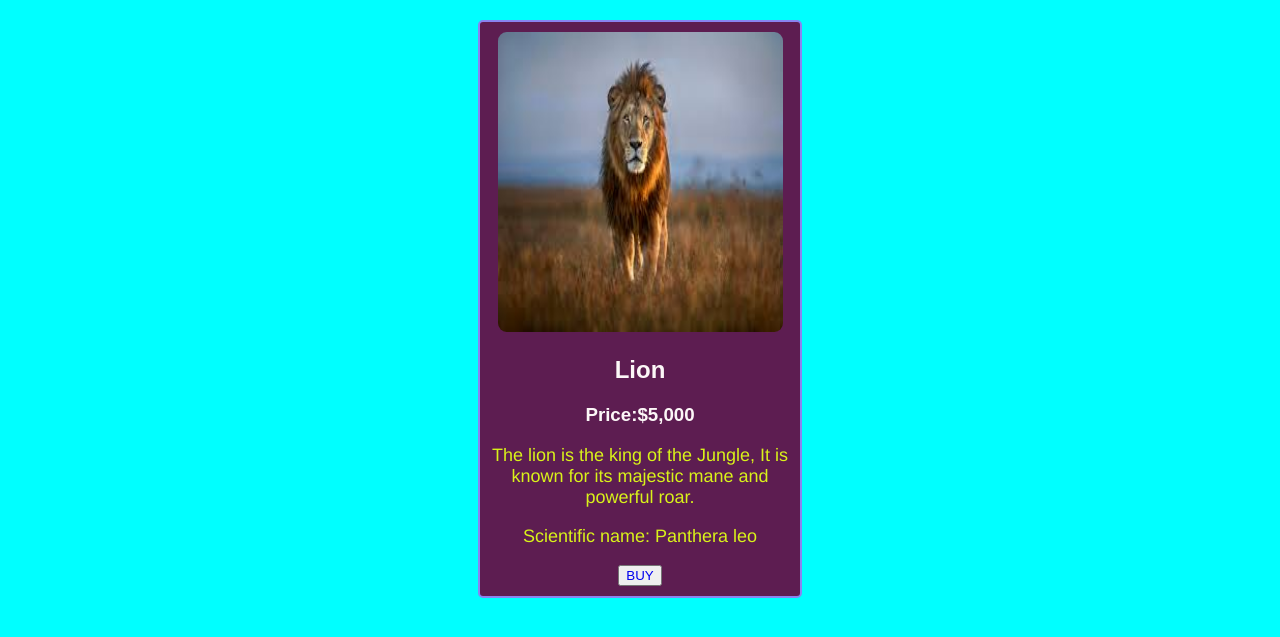
Repository: KingBoyMaylow/Animal-trading-card
Page: index.html
An editor plug-in stored every save of this project. The page is shown before and after a run of saves, followed by the edit.
The browser window is 1280 px wide. The pictures show the whole page.

Above is the page before, as saved 2024-05-15 10:30:37.

### index.html
<!DOCTYPE html>
<html lang="en">
<head>
    <meta charset="UTF-8">
    <meta name="viewport" content="width=device-width, initial-scale=1.0">
    <title>Document</title>
</head>
<body>
    <style>
    body {
        font-family: Arial, sans-serif;
        text-align: center;
        background-color: aqua;
    }
    h3{
        color: #fcf7f7;
    }
    button a {
        text-decoration: none;
    }
    .card {
        width: 300px;
        border: 2px solid #8a83f1;
        border-radius: 5px;
        margin: 20px auto;
        padding: 10px;
        background-color: #5d1d51;
    }
    .card img {
        width: 95%;
        border-radius: 3%;
        height: 300px;
    }
    .card h2 {
        color: #fcf7f7;
    }
    .card p {
        color: #d9f21a;
        font-size: large;
        font-family: 'Franklin Gothic Medium', 'Arial Narrow', Arial, sans-serif;
    }
</style>
</head>
<body>
    <div class="card">
        <img src="lion.jpeg" alt="Lion">
        <h2>Lion</h2>
        <h3>Price:$5,000</h3>
        <p>The lion is the king of the Jungle, It is known for its majestic mane and powerful roar.</p>
        <p>Scientific name: Panthera leo</p>
        <button><a href="#">BUY</a></button>
    </div>
</body>
</html>

After the next 2 saves:
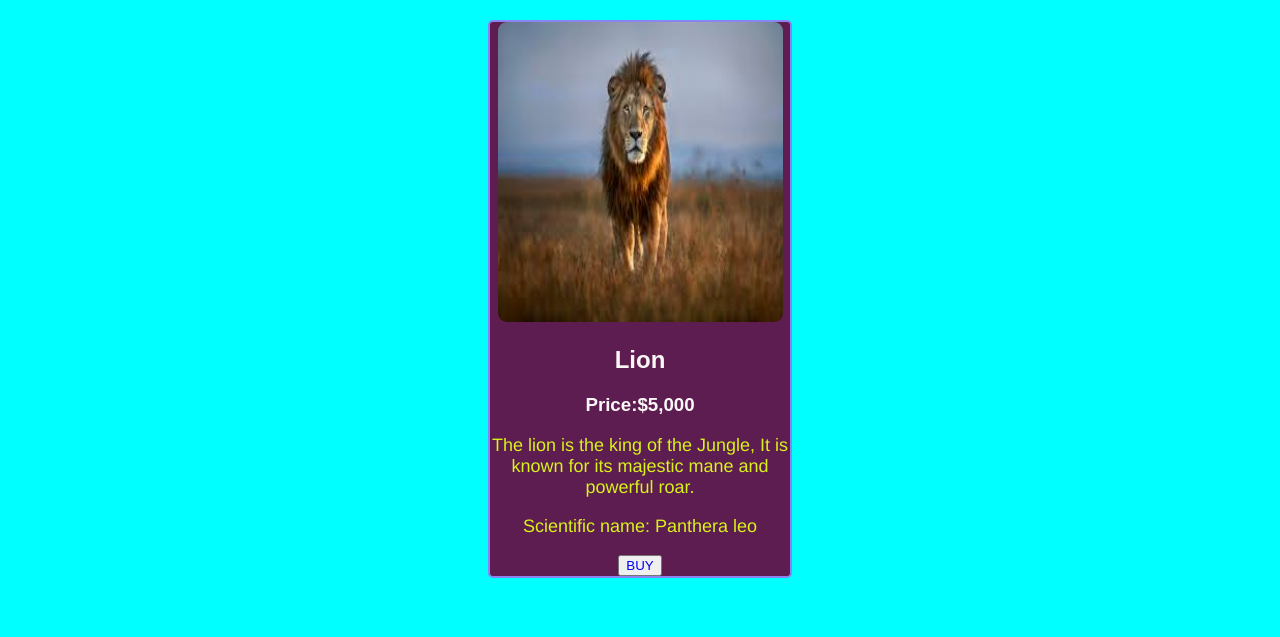
The 2 saves are shown as one change because they came seconds apart.
The last was saved 18 s later.
--- a/index.html
+++ b/index.html
@@ -23,7 +23,7 @@
         border: 2px solid #8a83f1;
         border-radius: 5px;
         margin: 20px auto;
-        padding: 10px;
+        padding to: 10px;
         background-color: #5d1d51;
     }
     .card img {
